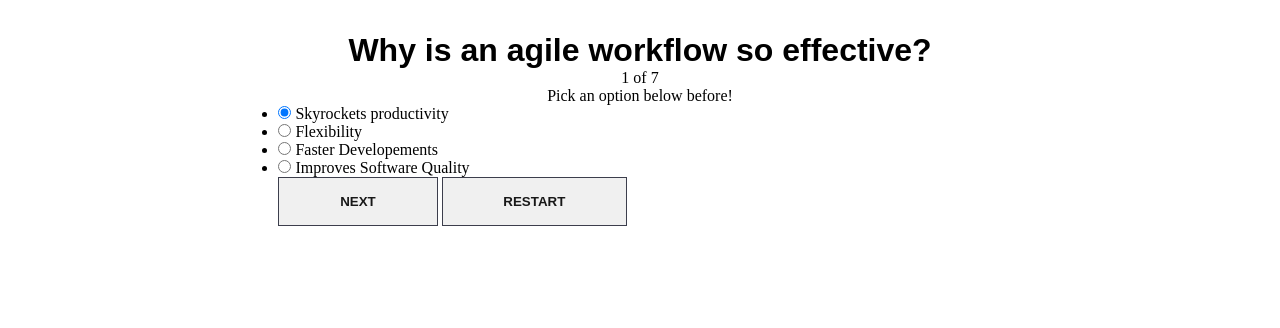
Repository: mukiSabljakovic/Quiz-APP
Page: index.html
The author's editor kept a copy of each file at every save. The page is drawn from the files as they stood at one save, then again after the next save.
The browser window is 1280 px wide. The pictures show the whole page.
Some web fonts or font styles are not loaded; a fallback is used.

Above is the page before, as saved 2020-05-01 11:51:27.

### index.html
<!DOCTYPE html>
<html lang="en">
<head>
    <meta charset="UTF-8">
    <meta name="viewport" content="width=device-width, initial-scale=1.0">
    <title>Quiz</title>
    <link rel="stylesheet" href="css/style.css">
</head>
<body>
    <div class="app">
        <div class="container">
            <div class="jabquiz">

                <div class="jabquiz__question-box">
                    <h1 class="jabquiz__question">Why is an agile workflow so effective?</h1>
                    <p class="jabquiz__tracker">1 of 7</p>
                    <div class="progress">
                        <div class="progress__inner">

                        </div>
                    </div>
                    <p class="jabquiz__tagline">Pick an option below before!</p>
                </div>



                <div class="jabquiz__choices-box">
                    <ul class="jabquiz__choices">
                        <!-- dynamically with js -->
                        <li class="jabquiz__choice">
                            <input type="radio" name="choice" id="choice0" class="jabquiz__input" checked>
                            <label for="choice0" class="jabquiz__label">
                                <i></i>
                                Skyrockets productivity
                            </label>
                        </li>
                        <li class="jabquiz__choice">
                            <input type="radio" name="choice" id="choice0" class="jabquiz__input">
                            <label for="choice0" class="jabquiz__label">
                                <i></i>
                                Flexibility
                            </label>
                        </li>
                        <li class="jabquiz__choice">
                            <input type="radio" name="choice" id="choice0" class="jabquiz__input" >
                            <label for="choice0" class="jabquiz__label">
                                <i></i>
                                Faster Developements
                            </label>
                        </li>
                        <li class="jabquiz__choice">
                            <input type="radio" name="choice" id="choice0" class="jabquiz__input" >
                            <label for="choice0" class="jabquiz__label">
                                <i></i>
                                Improves Software Quality
                            </label>
                        </li>
                    </ul>
                </div>



                <div class="jabquiz__footer">
                    <button class="button button--bordered next">Next</button>
                    <button class="button button--bordered restart">Restart</button>
                </div>



            </div>
        </div>
    </div>
</body>
</html>

### css/style.css
@import url("https://fonts-googleapis.com/css?family=Raleway|PT+Serif:700");


:root {
    --main-font-color: #1a1a1a;
    --main-bg-color: white;
    --main-theme-color: rgb(243, 168, 47);
    --light-white: #f5f5f5;
    --light-gray: #ccc;
    --light-black: #282a39;
    --container-width: 768px;
    --font-body-stack: Raleway, Charcoal, sans-serif;
    --font-heading-stack: "PT Serif", sans-serif;

}

* {
 padding: 0;
 margin: 0;
 box-sizing: border-box;
}

.container {
    max-width: var(--container-width);
    margin-right: auto;
    margin-left: auto;
}

.button {
    padding: 1rem 3.8rem;
    text-transform: uppercase;
    border: 1px solid #eee;
    outline: 0;
    opacity: .9;
    font-weight: bold;
    transition: .3s all ease;
}

.button:hover {
    opacity: 1;
    background: var(--light-black);
    color: white;
}

.button.button--bordered {
    border: 1px solid var(--light-black);
}

.jabquiz {
    padding: 2rem 1.4rem;
}

.jabquiz__question-box {
    text-align: center;
}

.jabquiz__question {
    font-family: var(--font-heading-stack);
}

After the next save:
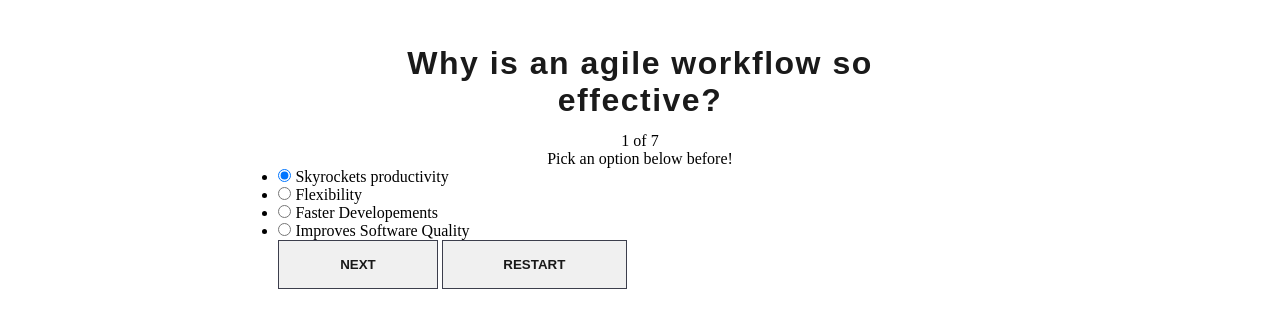
Saved 36 s later.
--- a/css/style.css
+++ b/css/style.css
@@ -56,4 +56,8 @@
 
 .jabquiz__question {
     font-family: var(--font-heading-stack);
+    font-weight: bold;
+    letter-spacing: 1.5px;
+    padding: 0.8rem 4rem;
+    color: var(--main-font-color);
 }
